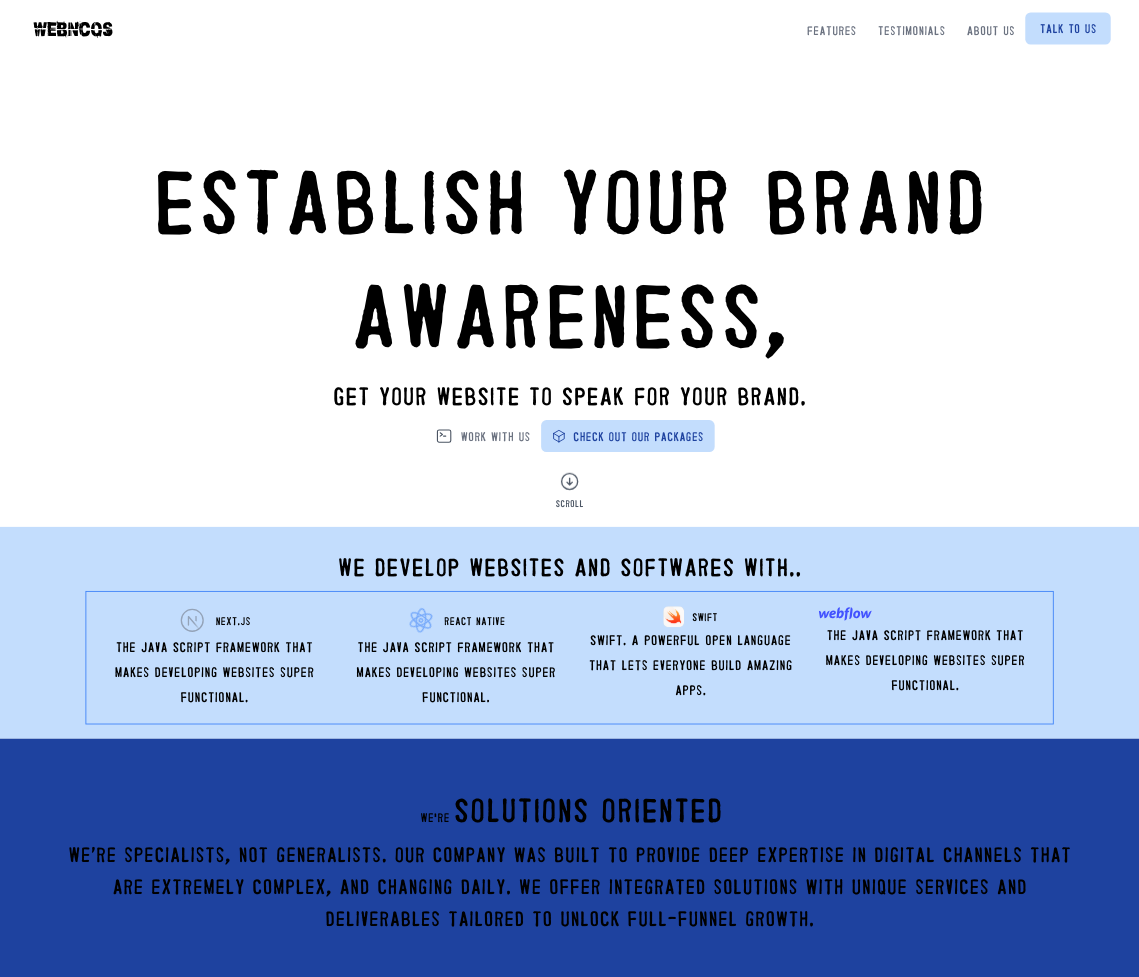
Repository: 1realjulius/webncos
Page: /
The author's editor kept a copy of each file at every save. The page is drawn from the files as they stood at one save, then again after the next save.
The browser window is 1280 px wide. The pictures show the whole page, at 89% of full size.
The project was rebuilt for these pictures with package versions that can differ from the ones it lists, and the page was loaded fresh each time. The framework's server and built-in components were replaced by stand-ins that run in the browser. Also part of the build but not shown: next.config.js.

Above is the page before, as saved 2022-09-02 12:29:12.

### pages/index.tsx
import type { NextPage } from "next";
import Head from "next/head";
import ComingSoon from "../components/ComingSoon";
import MainHome from "../components/MainHome";
import NavigationBar from "../components/NavigationBar";

const Home: NextPage = () => {
  return (
    <div className="flex min-h-screen flex-col font-parcel">
      <Head>
        <title>Webncos</title>
        <meta
          name="description"
          content="Website and Software Development Agency."
        />
        <meta property="og:type" content="website" />
        <meta property="og:url" content="https://www.webncos.com/" />
        <meta
          property="og:title"
          content="Webncos — Website and Software Development Agency."
        />
        <meta
          property="og:description"
          content="Website and Software Development Agency."
        />
        {/* <meta property="og:image" content="/Assets/newmemoji.svg"/> */}
        {/* <meta property="twitter:card" content="/Assets/Julius_Eghan.jpg"/> */}
        <meta property="twitter:url" content="https://www.webncos.com/" />
        <meta
          property="twitter:title"
          content="Webncos — Website and Software Development Agency."
        />
        <meta
          property="twitter:description"
          content="Website and Software Development Agency."
        />
        {/* <meta property="twitter:image" content="/Assets/Julius_Eghan.jpg"/> */}
        <link rel="icon" href="/favicon.ico" />
        <link
          rel="apple-touch-icon"
          sizes="180x180"
          href="/apple-touch-icon.png"
        />
        <link
          rel="icon"
          type="image/png"
          sizes="32x32"
          href="/favicon-32x32.png"
        />
        <link
          rel="icon"
          type="image/png"
          sizes="16x16"
          href="/favicon-16x16.png"
        />
        <link rel="manifest" href="/site.webmanifest" />
        {/* <meta name="google-site-verification" content="0HesePHVymRqGiL70HUKPIq0Zsap0uUIb_Ci0DpImRY" /> */}
        <meta
          name="theme-color"
          content="#2563eb"
          media="(prefers-color-scheme: light)"
        />
        <meta
          name="theme-color"
          content="#2563eb"
          media="(prefers-color-scheme: dark)"
        />
      </Head>
      <NavigationBar />
      <MainHome />
    </div>
  );
};

export default Home;

### styles/globals.css
@tailwind base;
@tailwind components;
@tailwind utilities;

@layer base{
      @font-face{
        font-family: 'ApercuBold';
        src: url("/Fonts/ApercuPro-Bold.woff") format("woff"),url("/Fonts/ApercuPro-Bold.woff2") format("woff2");
      }
      @font-face{
        font-family: 'ApercuMedium';
        src: url("/Fonts/ApercuPro-Medium.woff") format("woff"),url("/Fonts/ApercuPro-Medium.woff2") format("woff2");
      }
      @font-face{
        font-family: 'circularBlack';
        src: url("/Fonts/circular-black.woff2") format("woff2");
      }
      @font-face{
        font-family: 'circularBold';
        src: url("/Fonts/circular-bold.woff2") format("woff2");
      }
      @font-face{
        font-family: 'circularBook';
        src: url("/Fonts/circular-book.woff2") format("woff2");
      }
      @font-face{
        font-family: 'circularMedium';
        src: url("/Fonts/circular-medium.woff2") format("woff2");
      }
      @font-face{
        font-family: 'parcel';
        src: url("/Fonts/parcel.woff2") format("woff2"), url("/Fonts/parcel.woff") format("woff");
      }
    }

### components/MainHome.tsx
import Link from "next/link";
import React from "react";
import Image from "next/image";
import FeatureImg from "/Assets/Julius_Eghan.jpg";
import FImg from "/Assets/Julius_Eghan.jpg";

const MainHome = () => {
  return (
    <div className="max-w-7xl">
      {/* header */}
      <div>
        <div className=" flex flex-col items-center justify-center mt-20 mb-4">
          <div className="pt-4 pb-2">
            <h1 className="text-6xl md:text-9xl text-center font-parcel px-2">
              ESTABLISH YOUR BRAND AWARENESS,
            </h1>
          </div>
          <div className="">
            <h2 className="text-2xl md:text-4xl font-parcel px-2">
              GET YOUR WEBSITE TO SPEAK FOR YOUR BRAND.
            </h2>
          </div>
          <div className="flex flex-col md:flex-row items-center">
            <div className="px-3 py-1 my-2">
              <Link href="#">
                <div className="flex flex-row items-center space-x-2">
                  <span>
                    <svg
                      xmlns="http://www.w3.org/2000/svg"
                      fill="none"
                      viewBox="0 0 24 24"
                      stroke-width="1.5"
                      stroke="currentColor"
                      className="w-5 h-5 text-gray-600"
                    >
                      <path
                        stroke-linecap="round"
                        stroke-linejoin="round"
                        d="M6.75 7.5l3 2.25-3 2.25m4.5 0h3m-9 8.25h13.5A2.25 2.25 0 0021 18V6a2.25 2.25 0 00-2.25-2.25H5.25A2.25 2.25 0 003 6v12a2.25 2.25 0 002.25 2.25z"
                      />
                    </svg>
                  </span>
                  <h3 className="text-gray-500 hover:text-gray-900 cursor-pointer text-lg">
                    Work with us
                  </h3>
                </div>
              </Link>
            </div>
            <Link href="#">
              <div className="flex flex-row items-center space-x-2 px-3 py-1 rounded-md bg-blue-200 active:bg-blue-300 my-2 cursor-pointer">
                <span>
                  <svg
                    xmlns="http://www.w3.org/2000/svg"
                    fill="none"
                    viewBox="0 0 24 24"
                    stroke-width="1.5"
                    stroke="currentColor"
                    className="w-4 h-4 text-blue-800"
                  >
                    <path
                      stroke-linecap="round"
                      stroke-linejoin="round"
                      d="M21 7.5l-9-5.25L3 7.5m18 0l-9 5.25m9-5.25v9l-9 5.25M3 7.5l9 5.25M3 7.5v9l9 5.25m0-9v9"
                    />
                  </svg>
                </span>
                <h3 className="text-blue-800 text-lg">
                  Check Out Our Packages
                </h3>
              </div>
            </Link>
          </div>
        </div>
        <div className=" flex flex-col mt-2 items-center justify-center pb-4">
          <span className="">
            <svg
              xmlns="http://www.w3.org/2000/svg"
              fill="none"
              viewBox="0 0 24 24"
              stroke-width="1.5"
              stroke="currentColor"
              className="w-6 h-6 animate-bounce text-gray-600"
            >
              <path
                stroke-linecap="round"
                stroke-linejoin="round"
                d="M9 12.75l3 3m0 0l3-3m-3 3v-7.5M21 12a9 9 0 11-18 0 9 9 0 0118 0z"
              />
            </svg>
          </span>
          <span className="text-sm text-gray-600">Scroll</span>
        </div>
      </div>
      {/* We develop brands */}
      <div className="flex flex-col bg-blue-200 p-4 px-4 md:px-24 items-center justify-center">
        <div className="py-2">
          <h1 className="text-4xl">WE DEVELOP WEBSITES AND SOFTWARES WITH..</h1>
        </div>
        <div className="p-2 flex flex-col md:flex-row border border-blue-500">
          <div className="flex flex-row">
            <div className="p-2 text-center">
              <div className="flex flex-col items-center">
                <div className="items-center flex flex-row text-center">
                  <svg
                    fill="none"
                    xmlns="http://www.w3.org/2000/svg"
                    className="h-8 w-8 flex-none stroke-slate-400"
                    strokeWidth="1.5"
                    strokeLinecap="round"
                    strokeLinejoin="round"
                  >
                    <defs>
                      <linearGradient
                        id="next-icon-gradient"
                        x1="14.875"
                        y1="18"
                        x2="24"
                        y2="27.125"
                        gradientUnits="userSpaceOnUse"
                      >
                        <stop offset=".24" stopColor="#94A3B8"></stop>
                        <stop
                          offset="1"
                          stopColor="#94A3B8"
                          stopOpacity="0"
                        ></stop>
                      </linearGradient>
                    </defs>
                    <circle
                      cx="16"
                      cy="16"
                      r="12.25"
                      stroke="#94A3B8"
                      strokeWidth="1.5"
                      strokeLinecap="round"
                      strokeLinejoin="round"
                    ></circle>
                    <path
                      d="M11.75 21.25v-9.5L24 26"
                      stroke="url(#next-icon-gradient)"
                      strokeWidth="1.5"
                      strokeLinecap="round"
                      strokeLinejoin="round"
                    ></path>
                    <path
                      d="M21 11.75a.75.75 0 0 0-1.5 0v4.172l1.5 1.64V11.75Z"
                      fill="#94A3B8"
                      strokeWidth="0"
                    ></path>
                  </svg>
                  <span className="ml-2.5 font-cadizMedium">Next.js</span>
                </div>
              </div>
              <div>
                <p className="text- base md:text-xl">
                  The Java Script Framework that makes developing websites super
                  functional.
                </p>
              </div>
            </div>
            <div className="p-2 text-center">
              <div className="flex flex-col items-center">
                <div className="flex flex-row items-center">
                  <svg
                    fill="none"
                    xmlns="http://www.w3.org/2000/svg"
                    className="animate-spin h-8 w-8 flex-none stroke-blue-400"
                    strokeWidth="1.5"
                    strokeLinecap="round"
                    strokeLinejoin="round"
                  >
                    <ellipse cx="16" cy="16" rx="13" ry="5"></ellipse>
                    <ellipse
                      cx="16"
                      cy="16"
                      rx="13"
                      ry="5"
                      transform="rotate(60 16 16)"
                    ></ellipse>
                    <ellipse
                      rx="13"
                      ry="5"
                      transform="matrix(-.5 .86603 .86603 .5 16 16)"
                    ></ellipse>
                    <circle cx="16" cy="16" r="2"></circle>
                  </svg>
                  <span className="ml-2.5 font-cadizMedium">React Native</span>
                </div>
              </div>
              <div>
                <p className="text- base md:text-xl">
                  The Java Script Framework that makes developing websites super
                  functional.
                </p>
              </div>
            </div>
          </div>
          <div className=" flex flex-row">
            <div className="p-2 text-center">
              <div className=" flex flex-col items-center">
                <div className="items-center flex space-x-2">
                  <Image
                    src="/Assets/swift_icon.png"
                    width={24}
                    height={24}
                    alt="webncos logo"
                    className=""
                  />
                  <span>SWIFT</span>
                </div>
              </div>
              <div>
                <p className="text- base md:text-xl">
                  Swift. A powerful open language that lets everyone build
                  amazing apps.
                </p>
              </div>
            </div>
            <div className="p-2 text-center">
              <div className="mx-2">
                <span>
                  <svg
                    width="60"
                    height="18"
                    viewBox="0 0 89 23"
                    fill="none"
                    xmlns="http://www.w3.org/2000/svg"
                  >
                    <path
                      d="M28.495 8.724C28.495 7.124 26.96 5.446 24.292 5.446C21.3 5.446 18.015 7.649 17.512 12.046C16.998 16.486 19.749 18.459 22.522 18.459C25.295 18.459 26.747 17.374 28.232 15.927C26.955 14.317 25.306 15.061 24.99 15.225C24.4669 15.5165 23.8745 15.6606 23.276 15.642C22.206 15.642 21.114 15.16 21.114 13.154C27.97 12.474 28.494 10.314 28.494 8.724H28.495ZM25.097 8.987C25.053 9.48 24.857 10.324 21.385 10.797C22.115 8.187 23.515 7.991 24.158 7.991C24.2883 7.98505 24.4184 8.00722 24.5394 8.056C24.6604 8.10478 24.7694 8.17903 24.8592 8.27371C24.9489 8.36839 25.0172 8.48127 25.0595 8.6047C25.1017 8.72812 25.1169 8.85919 25.104 8.989L25.097 8.987ZM13.485 9.415L11.891 14.447L10.766 5.71C8.256 5.71 6.906 7.508 6.202 9.404L4.258 14.458L3.985 9.458C3.837 7.134 1.715 5.72 0 5.72L2.074 18.36C4.704 18.35 6.124 16.562 6.867 14.666L8.511 10.369C8.526 10.544 9.647 18.361 9.647 18.361C12.289 18.361 13.709 16.684 14.47 14.853L18.17 5.721C15.565 5.721 14.192 7.508 13.483 9.415H13.485ZM38.191 5.415C36.564 5.415 35.321 6.303 34.271 7.607V7.597L35.209 0C33.047 0 31.289 1.886 30.951 4.692L29.325 18.262C30.57 18.262 31.891 17.9 32.601 16.979C33.235 17.801 34.184 18.459 35.593 18.459C39.239 18.459 41.74 14.206 41.74 10.215C41.718 6.575 39.96 5.425 38.202 5.425L38.191 5.415ZM37.851 11.938C37.471 14.163 36.235 15.676 35.046 15.676C33.857 15.676 33.332 15.139 33.332 15.139C33.562 13.189 33.704 11.993 34.14 10.962C34.576 9.931 35.614 8.287 36.695 8.287C37.755 8.287 38.235 9.701 37.852 11.937L37.851 11.938ZM50.833 5.711H48.289L48.299 5.579C48.474 3.913 48.867 3.036 50.163 2.893C51.048 2.805 51.441 2.345 51.539 1.841L51.856 0.0760002C46.756 0.0430002 45.142 2.256 44.731 5.634L44.721 5.711H44.666C43.836 5.711 42.92 6.654 42.766 7.849L42.711 8.287H44.415L42.985 20.147L42.547 22.274C42.602 22.274 42.667 22.284 42.721 22.284C45.111 22.196 46.641 20.3 46.979 17.548L48.095 8.285H48.895C49.681 8.285 50.599 7.495 50.759 6.18L50.833 5.711ZM64.065 5.491C61.128 5.491 58.355 7.661 57.505 11.071C56.655 14.481 57.943 18.514 62.265 18.514C66.587 18.514 69.062 14.314 69.062 10.818C69.066 7.343 66.72 5.49 64.066 5.49L64.065 5.491ZM65.255 11.827C65.103 13.373 64.425 15.719 62.569 15.719C60.713 15.719 60.964 12.979 61.144 11.674C61.341 10.282 62.116 8.298 63.786 8.298C65.288 8.298 65.429 10.085 65.256 11.828L65.255 11.827ZM83.575 9.404L81.981 14.436C81.938 14.041 80.857 5.699 80.857 5.699C78.347 5.699 77.003 7.497 76.299 9.393L74.355 14.447C74.345 14.085 74.082 9.447 74.082 9.447C73.924 7.123 71.804 5.709 70.082 5.709L72.145 18.349C74.775 18.339 76.195 16.551 76.938 14.655L78.576 10.358C78.586 10.533 79.712 18.35 79.712 18.35C82.354 18.35 83.768 16.673 84.535 14.842L88.238 5.71C85.64 5.71 84.264 7.497 83.565 9.404H83.575ZM53.235 0.0740013L51.095 17.404L50.657 19.542C50.711 19.542 50.777 19.552 50.831 19.552C53.133 19.519 54.771 17.492 55.078 14.937L56.311 4.994C56.685 1.957 54.884 0.0720005 53.235 0.0720005V0.0740013Z"
                      fill="#4353FF"
                    />
                  </svg>
                </span>
              </div>
              <div>
                <p className="text- base md:text-xl">
                  The Java Script Framework that makes developing websites super
                  functional.
                </p>
              </div>
            </div>
          </div>
        </div>
      </div>
      {/* Fameworks Used */}
      <div className="py-12 bg-blue-800">
        <div className="flex flex-col items-center justify-center mx-4">
          <h1 className="text-5xl py-2 flex items-baseline">
            <p className="text-lg px-1">We're</p> SOLUTIONS ORIENTED
          </h1>
          <p className="text-center text-2xl md:text-3xl md:px-14">
            We’re specialists, not generalists. Our company was built to provide
            deep expertise in digital channels that are extremely complex, and
            changing daily. We offer integrated solutions with unique services
            and deliverables tailored to unlock full-funnel growth.
          </p>
        </div>
      </div>
      {/* Services We offer (Features) */}
      <div></div>
      {/* Testimonials */}
      <div></div>
      {/* FAQs */}
      <div></div>
      {/* Other Sections */}
      <div></div>
    </div>
  );
};

export default MainHome;

Loaded but not shown: pages/_app.tsx (common file); pages/api/hello.ts (common file); tailwind.config.js (24 lines, source omitted); components/NavigationBar.tsx (106 lines, source omitted)

After the next save:
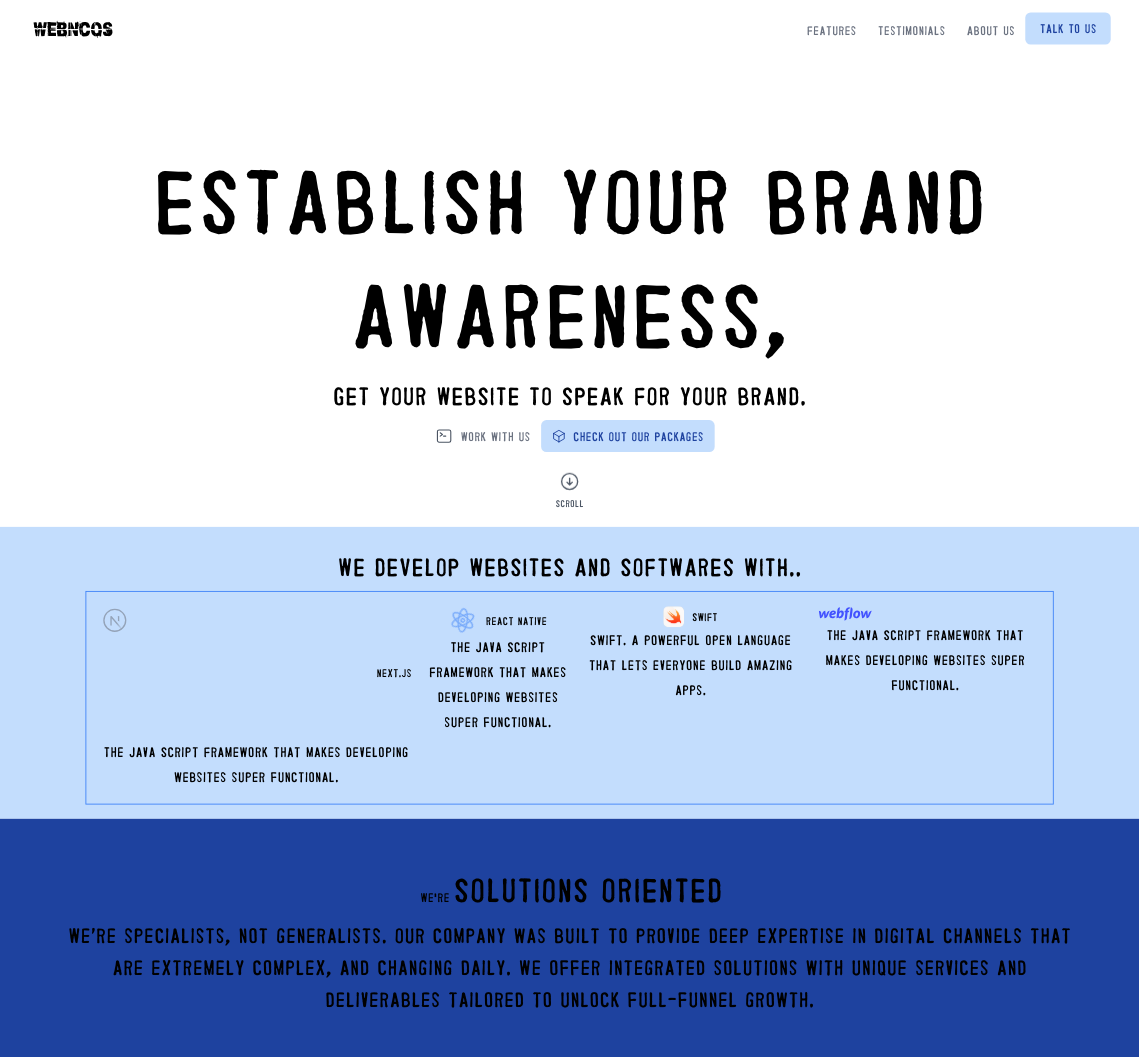
Saved 12 s later.
--- a/components/MainHome.tsx
+++ b/components/MainHome.tsx
@@ -104,7 +104,7 @@ const MainHome = () => {
                   <svg
                     fill="none"
                     xmlns="http://www.w3.org/2000/svg"
-                    className="h-8 w-8 flex-none stroke-slate-400"
+                    className="h-4w-4 flex-none stroke-slate-400"
                     strokeWidth="1.5"
                     strokeLinecap="round"
                     strokeLinejoin="round"

After the save that followed:
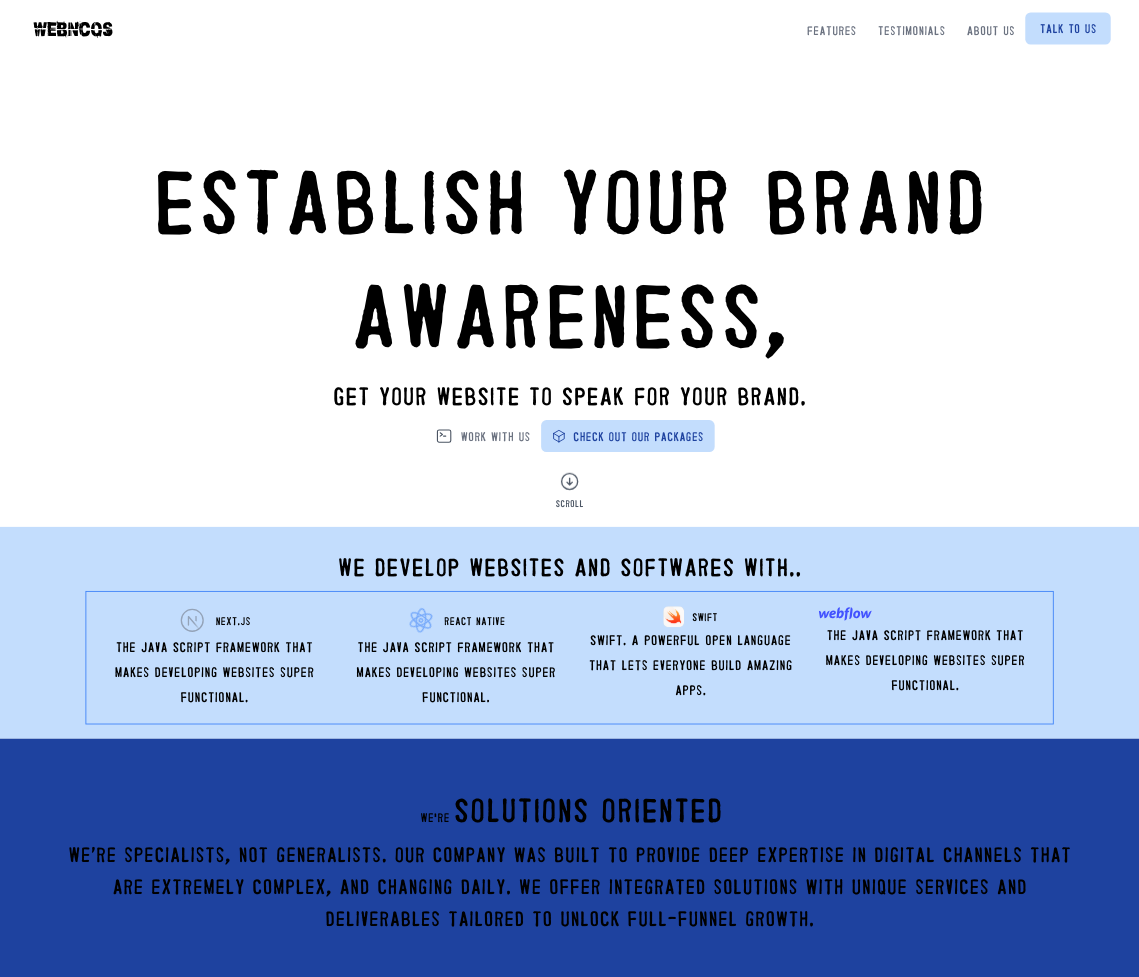
Saved 6 s later.
--- a/components/MainHome.tsx
+++ b/components/MainHome.tsx
@@ -104,7 +104,7 @@ const MainHome = () => {
                   <svg
                     fill="none"
                     xmlns="http://www.w3.org/2000/svg"
-                    className="h-4w-4 flex-none stroke-slate-400"
+                    className="h-8 w-8 flex-none stroke-slate-400"
                     strokeWidth="1.5"
                     strokeLinecap="round"
                     strokeLinejoin="round"
